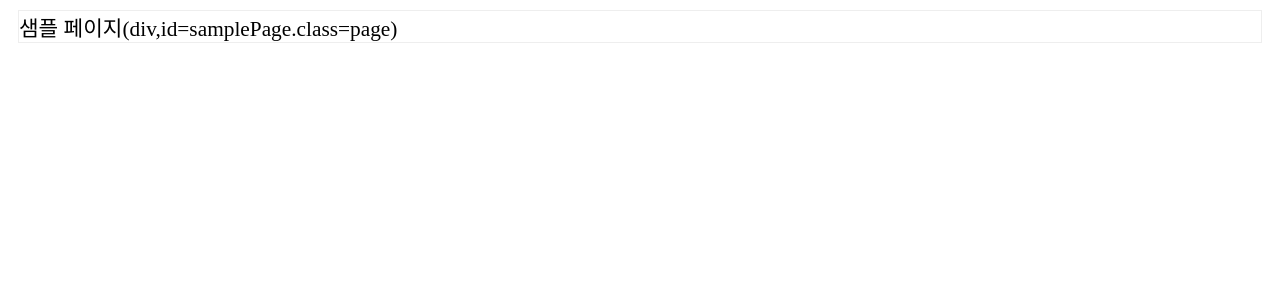
Repository: swc0516s/EZEN-JS
Page: JavaScript Workspace Lecture/JavaScript_jQuery_03/WebContent/Chapter01/1_02.html
The author's editor kept a copy of each file at every save. The page is drawn from the files as they stood at one save, then again after the next save.
The browser window is 1280 px wide. The pictures show the whole page.

Above is the page before, as saved 2022-03-17 01:49:26.

After the next save:
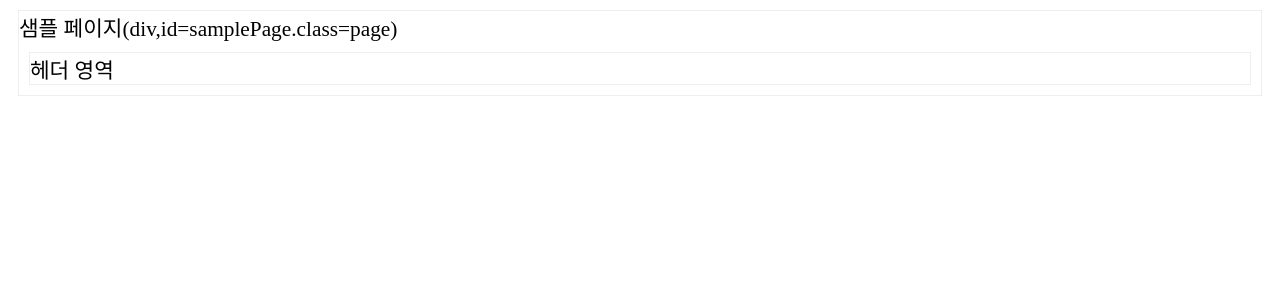
Saved 20 s later.
--- a/JavaScript Workspace Lecture/JavaScript_jQuery_03/WebContent/Chapter01/1_02.html
+++ b/JavaScript Workspace Lecture/JavaScript_jQuery_03/WebContent/Chapter01/1_02.html
@@ -28,7 +28,9 @@ li.select {
 </script>
 </head>
 <body>
-	<div id="sample" class="page">샘플
-		페이지(div,id=samplePage.class=page)</div>
+	<div id="sample" class="page">
+		샘플 페이지(div,id=samplePage.class=page)
+		<div id="header">헤더 영역</div>
+	</div>
 </body>
 </html>
